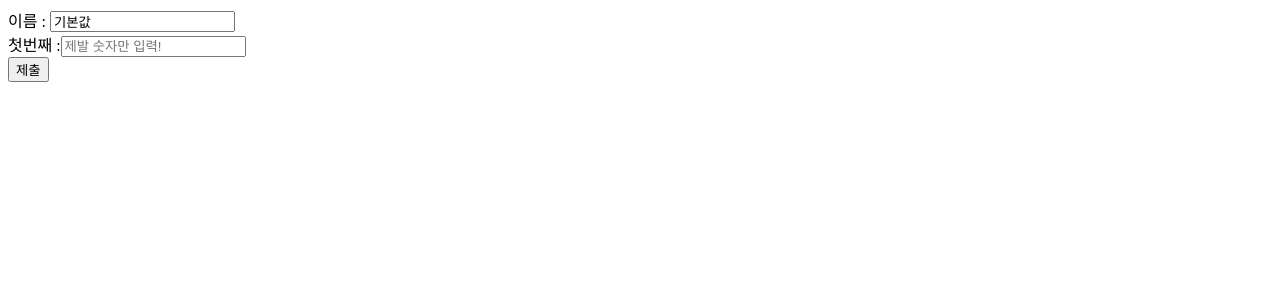
Repository: dychung1021/newrepository
Page: http://localhost/JSP04/
The author's editor kept a copy of each file at every save. The page is drawn from the files as they stood at one save, then again after the next save.
The browser window is 1280 px wide. The pictures show the whole page.
The page is served by Tomcat 9.

Above is the page before, as saved 2024-05-10 01:59:08.

After the next save:
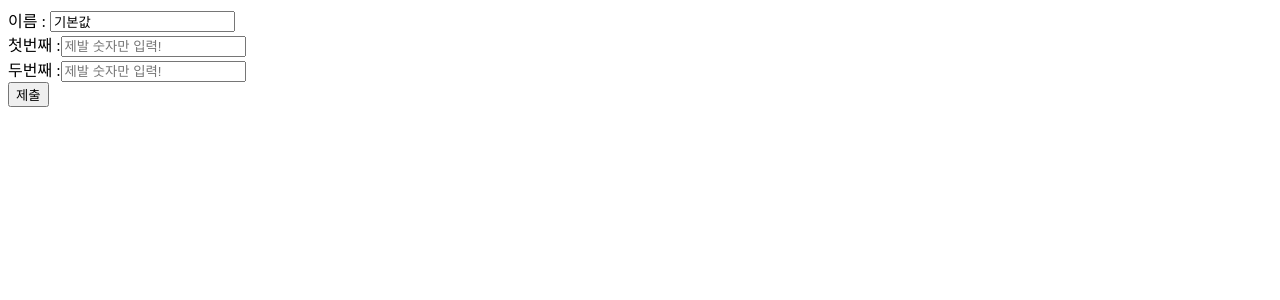
Saved 19 s later.
--- a/JSP/JSP04/src/main/webapp/index.jsp
+++ b/JSP/JSP04/src/main/webapp/index.jsp
@@ -15,8 +15,9 @@
 	<form method="get" action="">
 		이름 : <input type="text" value="기본값" placeholder="안내문" name="nm"><br>
 		첫번째 :<input type="text" name="first" placeholder="제발 숫자만 입력!"><br>
+		두번째 :<input type="text" name="second" placeholder="제발 숫자만 입력!"><br>
 			<input type="submit" value="제출">
-
+	</form>
 			<a href=
 </body>
 </html>
